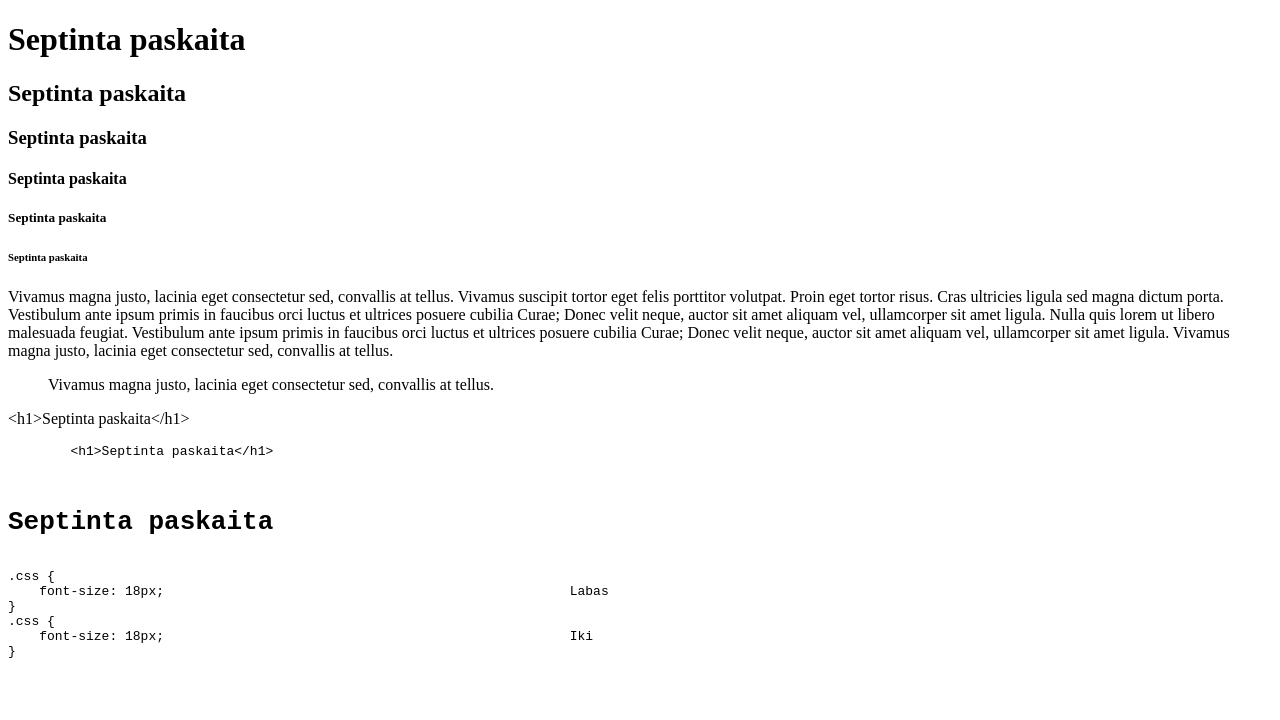
Repository: motiejus1/07-paskaita-05.31
Page: index.html
The author's editor kept a copy of each file at every save. The page is drawn from the files as they stood at one save, then again after the next save.
The browser window is 1280 px wide. The pictures show the whole page.

Above is the page before, as saved 2021-06-10 18:52:42.

After the next save:
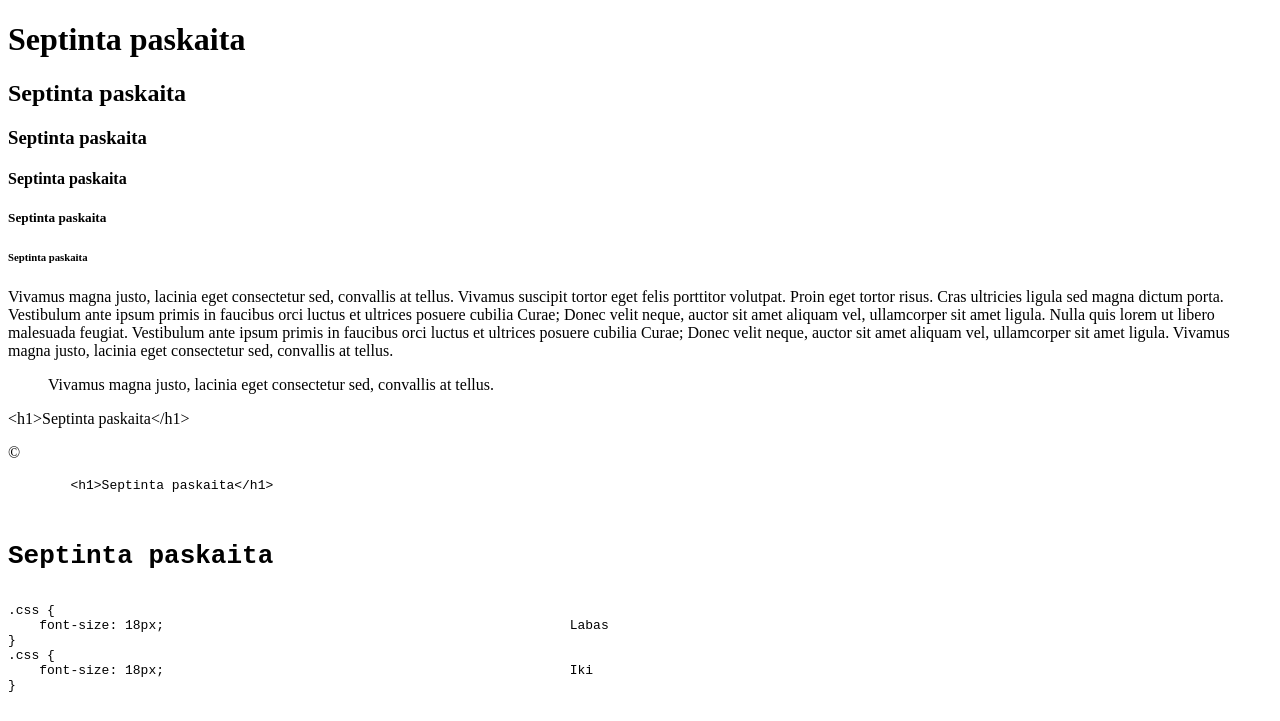
Saved 2 min 45 s later.
--- a/index.html
+++ b/index.html
@@ -20,6 +20,7 @@
 
 
     <p> &lt;h1&gt;Septinta paskaita&lt;/h1&gt;  </p>
+    <p>&copy;</p>
 
     <pre>
         &lt;h1&gt;Septinta paskaita&lt;/h1&gt;
